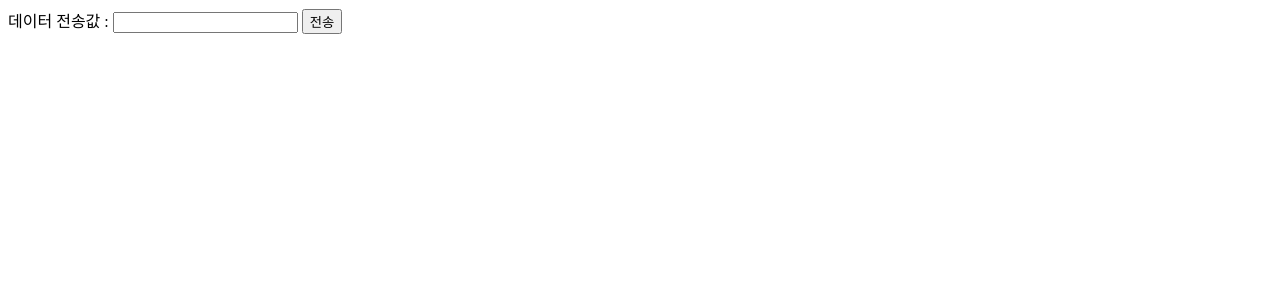
Repository: sagong0/servlet
Page: web/src/main/webapp/index1.html
An editor plug-in stored every save of this project. The page is shown before and after the next save, followed by the edit.
The browser window is 1280 px wide. The pictures show the whole page.

Above is the page before, as saved 2023-08-08 02:20:43.

After the next save:
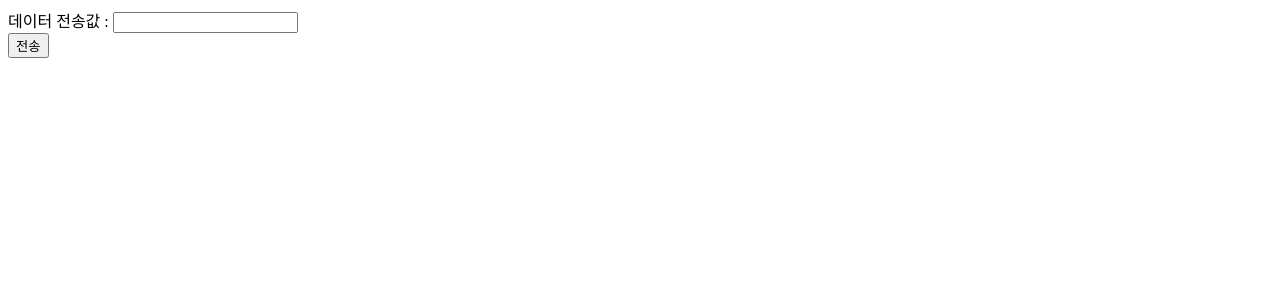
Saved 14 s later.
--- a/web/src/main/webapp/index1.html
+++ b/web/src/main/webapp/index1.html
@@ -5,7 +5,7 @@
 <title>Servlet 1일차 - POST, GET 전송방식</title>
 </head>
 <body>
-데이터 전송값 : <input type="text"><bt>
+데이터 전송값 : <input type="text"><br>
 	<input type="button" value="전송">
 </body>
 </html>
